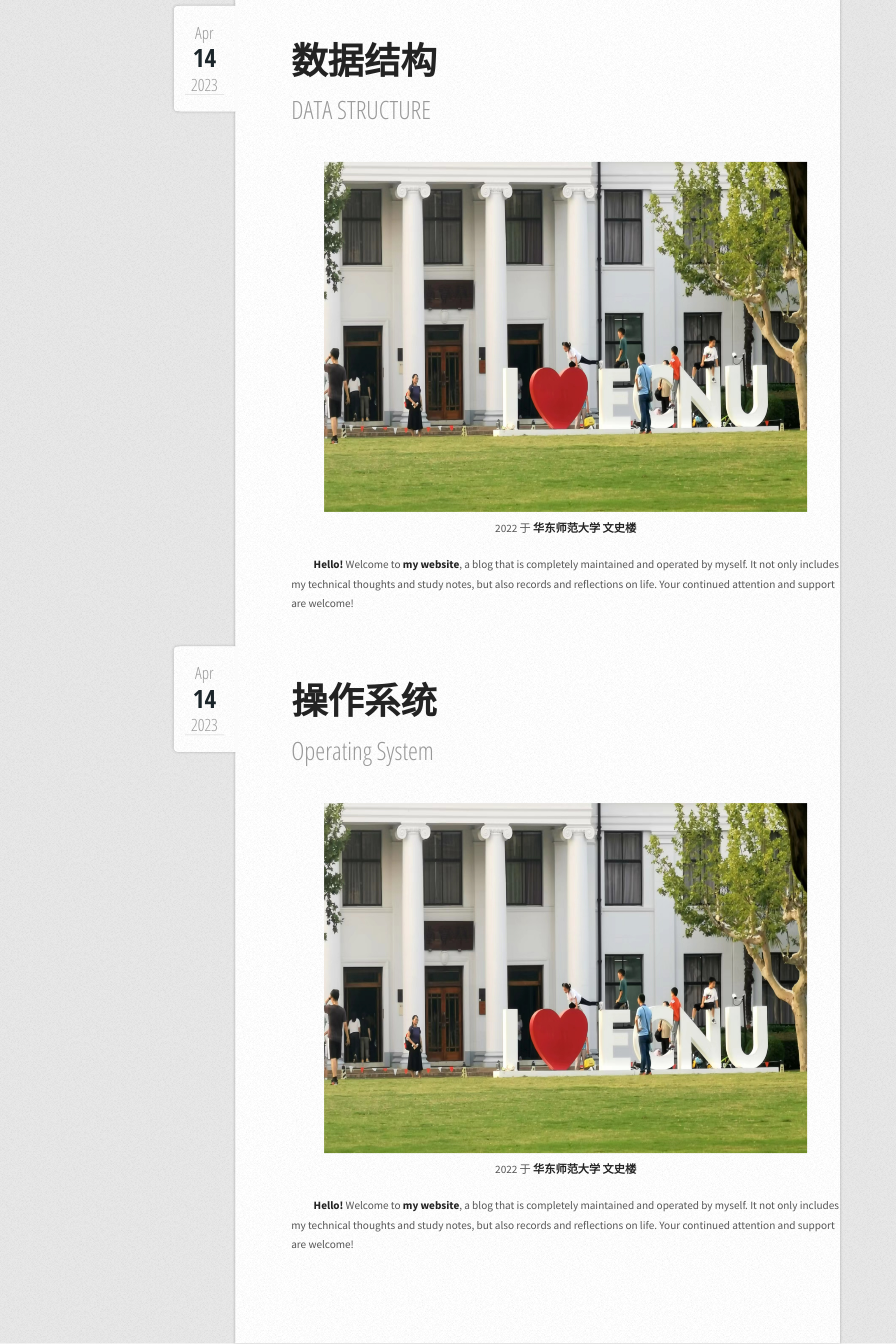
Repository: PiKesi522/PiKesi522.github.io
Page: note.html
The author's editor kept a copy of each file at every save. The page is drawn from the files as they stood at one save, then again after the next save.
The browser window is 1280 px wide. The pictures show the part of the page from y = 955 to 2875 px (the page is 2875 px tall), at 70% of full size.

Above is the page before, as saved 2023-04-11 01:47:26.

After the next save:
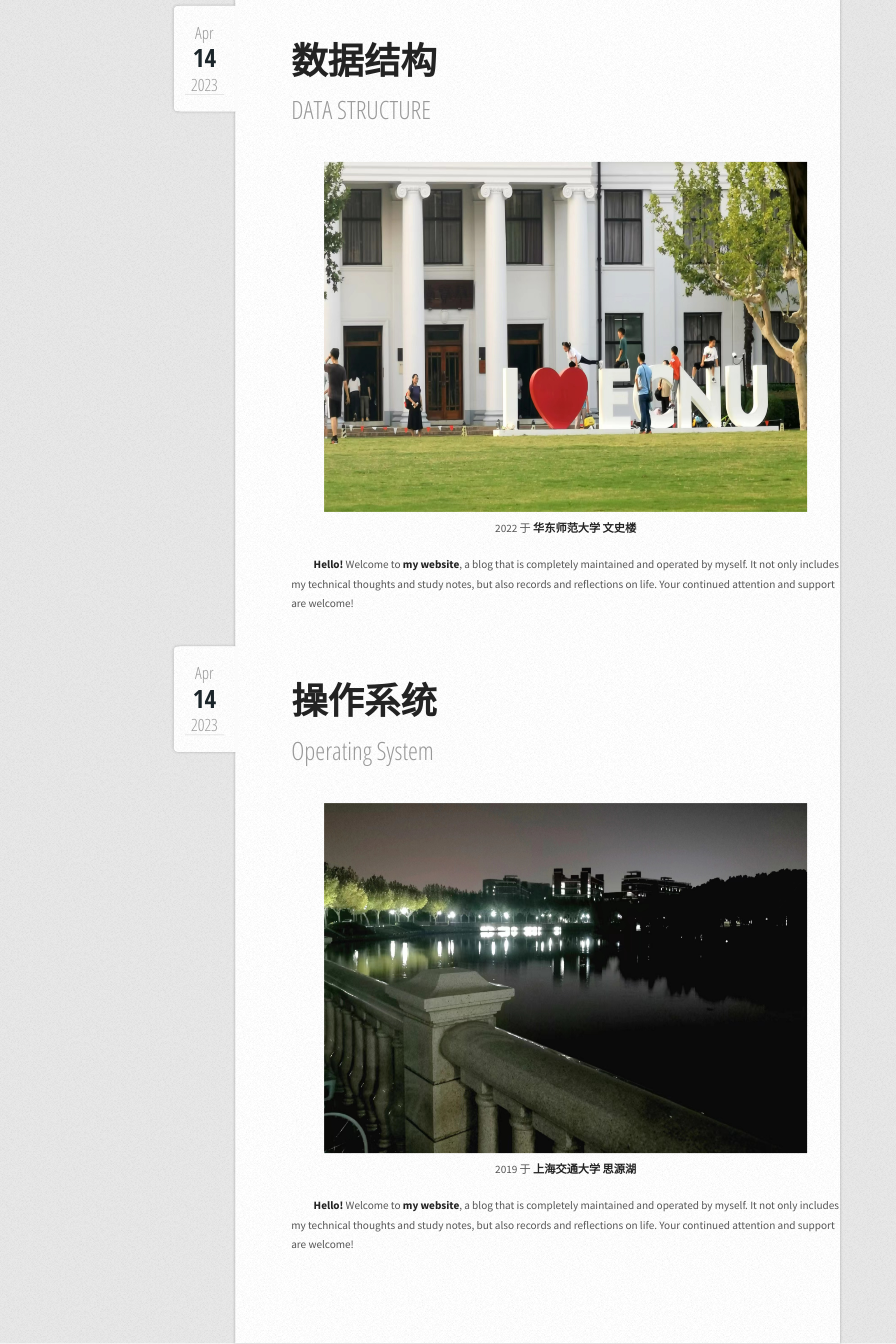
Saved 3 min 29 s later.
--- a/note.html
+++ b/note.html
@@ -98,10 +98,10 @@
 					</span>
 
 				</div>
-				<a href="markdown/DataStucture/main.md" class="image featured">
-					<img width="1000px" height="500px" src="markdown/DataStucture/head.jpg" alt="" />
+				<a href="markdown/OperatingSystem/main.md" class="image featured">
+					<img width="1000px" height="500px" src="markdown/OperatingSystem/head.jpg" alt="" />
 				</a>
-				<div style="text-align: center; margin: 0 0 1.5em 0;">2022 于 <strong>华东师范大学 文史楼</strong></div>
+				<div style="text-align: center; margin: 0 0 1.5em 0;">2019 于 <strong>上海交通大学 思源湖</strong></div>
 				<div style=" text-indent:2em">
 					<strong>Hello!</strong> Welcome to <strong> my website</strong>,
 					a blog that is completely maintained and operated by myself.
